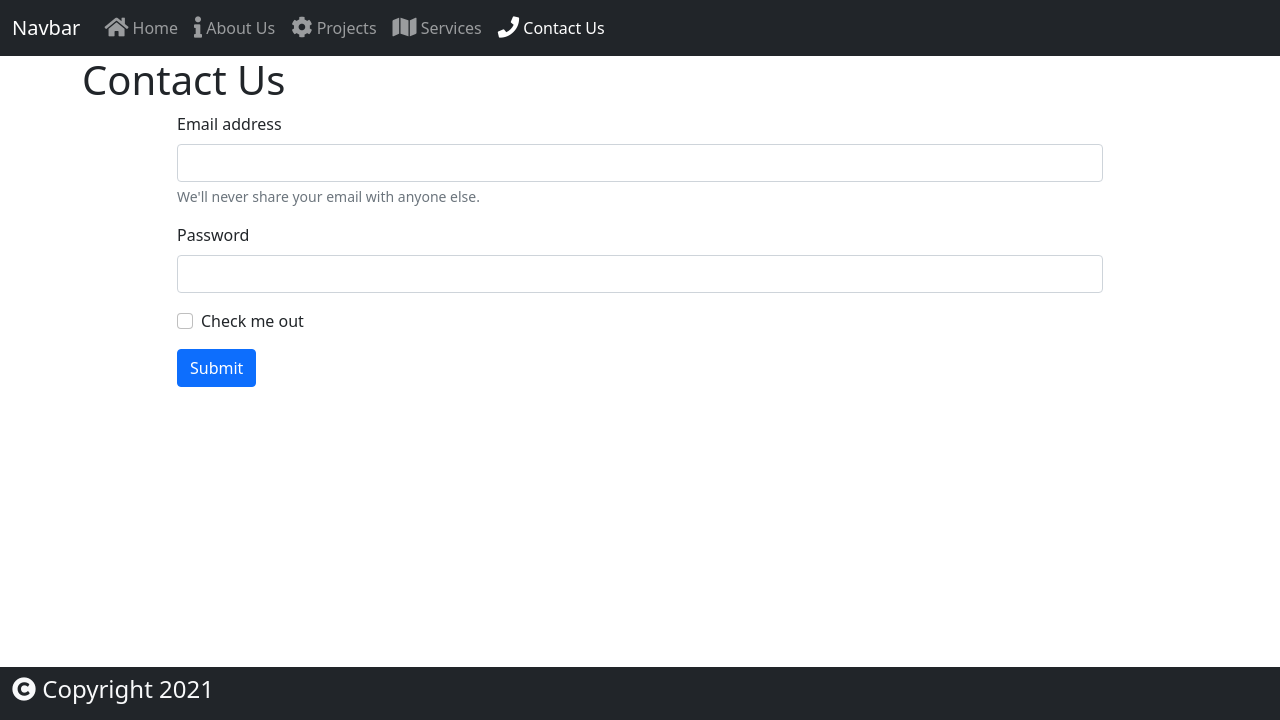
Repository: CKM206/WEBD6201-W2021---ICE1
Page: contact.html
The author's editor kept a copy of each file at every save. The page is drawn from the files as they stood at one save, then again after the next save.
The browser window is 1280 px wide. The pictures show the whole page.

Above is the page before, as saved 2021-01-21 09:19:30.

### contact.html
<!DOCTYPE html>
<html lang="en">
<head>
    <meta charset="UTF-8">
    <meta name="viewport" content="width=device-width, initial-scale=1.0">
    <title>Contact</title>
    <!-- CSS Section -->
    <!-- Inject Bootstrap first, always-->
    <link rel="stylesheet"
    href="./node_modules/bootstrap/dist/css/bootstrap.min.css">
    <!-- Now inject Icon Fonts using Font Awesome-->
    <link rel="stylesheet"
    href="./node_modules/@fortawesome/fontawesome-free/css/all.min.css">
    <!-- Now inject our custom css-->
    <link rel="stylesheet" href="./Content/app.css">
</head>
<body>
    <!-- Main Header -->
    <header>
      <!-- Main Navigation -->
        <nav class="navbar navbar-expand-lg navbar-dark bg-dark">
            <div class="container-fluid">
              <a class="navbar-brand" href="index.html">Navbar</a>
              <button class="navbar-toggler" type="button" data-bs-toggle="collapse" data-bs-target="#navbarSupportedContent" aria-controls="navbarSupportedContent" aria-expanded="false" aria-label="Toggle navigation">
                <span class="navbar-toggler-icon"></span>
              </button>
              <div class="collapse navbar-collapse" id="navbarSupportedContent">
                <ul class="navbar-nav me-auto mb-2 mb-lg-0">
                  <li class="nav-item">
                    <a class="nav-link" aria-current="page" href="index.html"><i class="fas fa-home fa-lg"></i> Home</a>
                  </li>
                  <li class="nav-item">
                    <a class="nav-link" aria-current="page" href="about.html"><i class="fas fa-info fa-lg"></i> About Us</a>
                  </li>
                  <li class="nav-item">
                    <a class="nav-link" aria-current="page" href="projects.html"><i class="fas fa-cog fa-lg"></i> Projects</a>
                  </li>
                  <li class="nav-item">
                    <a class="nav-link" aria-current="page" href="services.html"><i class="fas fa-map fa-lg"></i> Services</a>
                  </li>
                  <li class="nav-item">
                    <a class="nav-link active" aria-current="page" href="contact.html"><i class="fas fa-phone fa-lg"></i> Contact Us</a>
                  </li>
                </ul>
              </div>
            </div>
          </nav>
    </header>
    <!-- Main Content -->
    <main class="container">
      <h1>Contact Us</h1>

      <div class="row justify-content-lg-center">
        <form class="col-lg-10">
          <div class="mb-3">
            <label for="exampleInputEmail1" class="form-label">Email address</label>
            <input type="email" class="form-control" id="exampleInputEmail1" aria-describedby="emailHelp">
            <div id="emailHelp" class="form-text">We'll never share your email with anyone else.</div>
          </div>
          <div class="mb-3">
            <label for="exampleInputPassword1" class="form-label">Password</label>
            <input type="password" class="form-control" id="exampleInputPassword1">
          </div>
          <div class="mb-3 form-check">
            <input type="checkbox" class="form-check-input" id="exampleCheck1">
            <label class="form-check-label" for="exampleCheck1">Check me out</label>
          </div>
          <button type="submit" class="btn btn-primary">Submit</button>
        </form>
      </div>
    </main>

    <!-- Footer Section -->
    <footer>
        <nav class="navbar fixed-bottom navbar-dark bg-dark">
            <div class="container-fluid">
              <h4 class="text-light"><i class="fas fa-copyright text-light"></i> Copyright 2021</h4>
            </div>
          </nav>
    </footer>

    <!--Script Section-->
    <script src="./node_modules/jquery/dist/jquery.min.js"></script>
    <script src="./node_modules/bootstrap/dist/js/bootstrap.bundle.min.js"></script>
    <script src="./Scripts/app.js"></script>
</body>
</html>

### Content/app.css
/* Custom CSS Here */

### Scripts/app.js
/* Custom Javascript Here */
"use strict"; // Indicate that the code should be executed in "strict mode".

// IIFE - Immediately Invoked Function Expression (Anonymous Self-Executing Function)
//-Acts as a Closure, Limits Scope Leak
(function () {
  function displayHome()
  {
    // This shows different ways of accessing an element; @see index.html <p> on line 51
    //-Each has its own use and solves different problems
    let paragraphOneText = "This is a simple site to demonstrate DOM Manipulation for ICE 1.";
    let paragraphOneElement = document.getElementById("paragraphOne");

    // let aParagraph = document.getElementsByTagName("p")[0];
    // let allParagraphs = document.getElementsByTagName("p");
    // let paragraphOneQuery = document.querySelector("p");
    // let paragraphOneQuerys = document.querySelectorAll("p");

    // Print each variable to the console, see how each one "points" to the same <p> element
    // console.log(paragraphOneElement);
    // console.log(aParagraph);
    // console.log(allParagraphs[0]);
    // console.log(paragraphOneQuery);
    // console.log(paragraphOneQuerys);

    // Assigning values to the textContent of the element we have a reference to
    paragraphOneElement.textContent = paragraphOneText;

    /* We can change the style as well..
      For the most part its best to use css sheets, but this can be useful when attempting
      dynamic effects on the webpage
    */
    //paragraphOneElement.style = "color: blue;";

    /* We can change the class of an element as well...
    * This is probably a better way of assigning css to elements (As compared to above)
    */
    //paragraphOneElement.className = "fs-4 fw-bold";


    // Injecting a new element
    let newParagraph = document.createElement("p");             // Create the Element
    newParagraph.setAttribute("id","paragraphTwo");             // Configure the Element
    newParagraph.textContent = "...And this is Paragraph two"   //--
    let mainContent = document.getElementsByTagName("main")[0]; // Get a reference to the Main Element
    mainContent.appendChild(newParagraph);                      // Append the new Element as a child of main

    // We can still make alterations to this element
    newParagraph.className = "fs-4 fw-bold";

    // Another way of injecting a new Element through Javascript
    let paragraphThree = '<p class ="fs-6">And this is the Third Paragraph</p>';    // Create the Element

    // Notice that this doesnt work, it is assigned as text verbatim, and erases all other content in main
    //mainContent.textContent = paragraphThree;

    let paragraphDiv = document.createElement('div');
    // Converting and Injecting the paragraph, it still erases all other content
    paragraphDiv.innerHTML = paragraphThree;

    // Insertions
    //-Example of insering before a node
    //newparagraph.before(paragraphDiv);

    // Inserting after a node
    newParagraph.after(paragraphDiv);

    // deletions

    //-Removing a single element
    //paragraphOneElement.remove();

    //-Removing a child element
    mainContent.removeChild(paragraphOneElement);

    // Updating & Modification
    //-Targetted Modifcation
    //mainContent.firstElementChild.textContent = "Welcome Home";

    // Bulk modififying mainContent
    //mainContent.innerHTML =
    //'<h1 id="firstHeading">Welcome to WEBD6201 - Lab 1</h1>' +
    //'<p id="paragraphOne" class="fs-3 fw-bold">A new First Paragraph</p>';
  }

  function displayAbout()
  {

  }

  function displayServices()
  {

  }

  function displayProjects()
  {

  }

  function displayContact()
  {

  }

  function Start() {
    console.log("App Started...");

    switch (document.title) {
      case "Home":
        displayHome();
        break;
      case "About":
        displayAbout();
        break;
      case "Projects":
        displayProjects();
        break;
      case "Services":
        displayServices();
        break;
      case "Contact":
        displayContact();
        break;
    }

    // Old Java Script



  }

  window.addEventListener("load", Start);
})();

Loaded but not shown: node_modules/bootstrap/dist/css/bootstrap.min.css (library); node_modules/@fortawesome/fontawesome-free/css/all.min.css (library); node_modules/jquery/dist/jquery.min.js (library); node_modules/bootstrap/dist/js/bootstrap.bundle.min.js (library)

After the next save:
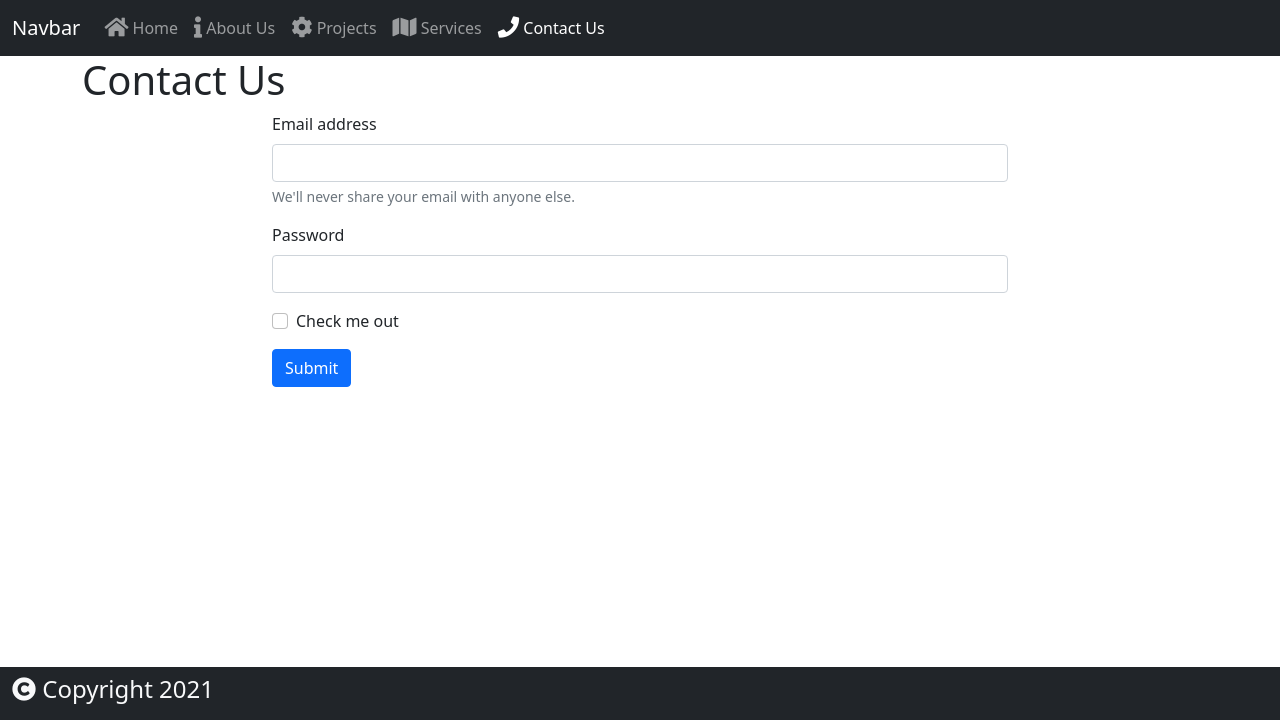
Saved 12 s later.
--- a/contact.html
+++ b/contact.html
@@ -51,7 +51,7 @@
       <h1>Contact Us</h1>
 
       <div class="row justify-content-lg-center">
-        <form class="col-lg-10">
+        <form class="col-lg-8">
           <div class="mb-3">
             <label for="exampleInputEmail1" class="form-label">Email address</label>
             <input type="email" class="form-control" id="exampleInputEmail1" aria-describedby="emailHelp">
